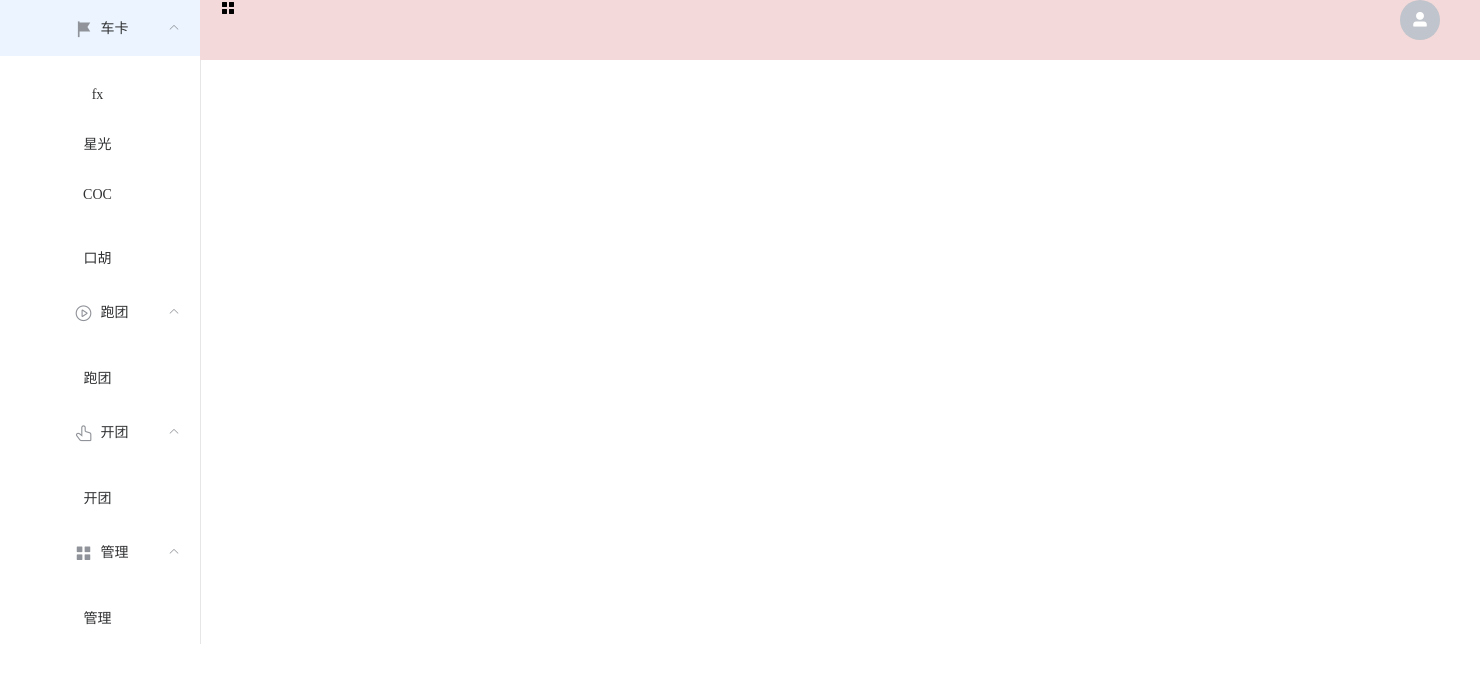
Repository: redlout/ptgkd
Page: /
These files come from the project's save history. The page is drawn as it stood at one moment and after the next save; the edit follows.
The browser window is 1280 px wide. The page is 1480 px wide, then 1280 px, so the pictures cover 1480 px, including what lies to the right of the window. The pictures show the whole page.
The project was rebuilt for these pictures with package versions that can differ from the ones it lists, and the page was loaded fresh each time. Also part of the build but not shown: src/mock/mock.js, src/views/Login.vue, src/components/SvgIcon/index.vue.

Above is the page before, as saved 2019-09-02 21:15:52.

### index.html
<!DOCTYPE html>
<html>
  <head>
    <meta charset="utf-8">
    <meta name="viewport" content="width=device-width,initial-scale=1.0">
    <title>ptgkd</title>
  </head>
  <body>
    <div id="app"></div>
    <!-- built files will be auto injected -->
  </body>
</html>

<style>
body{
  margin:0;
  padding:0;
}
</style>

### src/main.js
// import '@/styles/index.scss'
// import 'normalize.css/normalize.css'
import Vue from 'vue'
import App from './App'
import router from './router'

import ElementUI from 'element-ui'
import 'element-ui/lib/theme-chalk/index.css'
import api from './http/index'
import './icons'
import store from './store'

Vue.config.productionTip = false
Vue.use(ElementUI);
Vue.use(api);

// Vue.use(api)
/* eslint-disable no-new */
new Vue({
  el: '#app',
  router,
  store,
  render: h => h(App)
})

### src/router/index.js
import Vue from 'vue'
import Router from 'vue-router'
import HelloWorld from '@/views/HelloWorld'
import Login from '@/views/Login'

Vue.use(Router)

const router = new Router({
  routes: [
    {
      path: '/',
      name: 'HelloWorld',
      component: HelloWorld
    },
    {
      path: '/login',
      name: 'Login',
      component: Login
    }
  ]
})

export default router

### src/http/index.js
// 导入所有接口
import apis from './api'

const install = Vue => {
    if (install.installed)
        return;

    install.installed = true;

    Object.defineProperties(Vue.prototype, {
        // 注意，此处挂载在 Vue 原型的 $api 对象上
        $api: {
            get() {
                return apis
            }
        }
    })
}

export default install

### src/icons/index.js
import Vue from 'vue'
import SvgIcon from '@/components/SvgIcon'// svg component

// register globally
Vue.component('svg-icon', SvgIcon)

const req = require.context('./svg', false, /\.svg$/)
const requireAll = requireContext => requireContext.keys().map(requireContext)
requireAll(req)

### src/store/index.js
import Vue from 'vue'
import vuex from 'vuex'

Vue.use(vuex);
import collapse from './modules/collapse.js'
const store = new vuex.Store({
    modules: {
        collapseState: collapse,
        // menu: mymenu
        // 其他
    }
})

export default store

### src/views/HelloWorld.vue
<template>
<div class="container" >
  <el-container style="height: 100%;" direction="vertical">
    <AsideBar></AsideBar>
    <el-container>
      <HeadBar></HeadBar>
      <el-main></el-main>
    </el-container>
  </el-container>
</div>
</template>

<script>
import AsideBar from "../components/AsideBar/index";
import HeadBar from "../components/HeadBar/index";
export default {
  name: "HelloWorld",
  data() {
    return {
      isCollapse: false
    };
  },
  components: {
    AsideBar,
    HeadBar
  },
  methods: {
    logout: function() {
      var _this = this;
      this.$confirm("确认退出吗?", "提示", {
        type: "warning"
      }).then(() => {
        // sessionStorage.removeItem("user");
        this.$router.push("/login");
      });
    }
  }
};
</script>

<style scoped>
  .container {
    position:absolute;
    top: 0px;
    left: 0px;
    right: 0px;
    background: #4b5f6e;
  }
</style>

### src/http/api.js
import axios from './axios'

const login = data =>{
    return axios({
        url: '/login',
        method: 'post',
        data
    })
}

const logout = () =>{
    return axios({

    })
}

export default{
    login,
    logout
}

### src/store/modules/collapse.js
export default {
    state: {
        collapse:false  // 导航栏收缩状态
    },
    getters: {
        collapse(state){// 对应着上面state
            return collapse;
        }
    },
    mutations: {
        collapse(state){  // 改变收缩状态
            state.collapse = !state.collapse;
        }
    },
    actions: {

    }
}

### src/components/AsideBar/index.vue
<template>
  <el-aside width="initial" style="background-color: rgb(238, 241, 246) ">
    <el-menu
      :default-openeds="['1','2','3','4']"
      class="el-menu-vertical-demo"
      :collapse="$store.state.collapseState.collapse"
      @open="handleopen"
      @close="handleclose"
      @select="handleselect"
    >
      <el-submenu index="1">
        <template slot="title">
          <i class="el-icon-s-flag"></i>
          <span slot="title">车卡</span>
        </template>
        <el-menu-item-group>
          <el-menu-item index="1-1">fx</el-menu-item>
          <el-menu-item index="1-2">星光</el-menu-item>
          <el-menu-item index="1-3">COC</el-menu-item>
        </el-menu-item-group>
        <el-menu-item-group>
          <el-menu-item index="1-1">口胡</el-menu-item>
        </el-menu-item-group>
      </el-submenu>
      <el-submenu index="2">
        <template slot="title">
          <i class="el-icon-video-play"></i>
          <span slot="title">跑团</span>
        </template>
        <el-menu-item-group>
          <el-menu-item index="2-1">跑团</el-menu-item>
        </el-menu-item-group>
      </el-submenu>
      <el-submenu index="3">
        <template slot="title">
          <i class="el-icon-thumb"></i>
          <span slot="title">开团</span>
        </template>
        <el-menu-item-group>
          <el-menu-item index="3-1">开团</el-menu-item>
        </el-menu-item-group>
      </el-submenu>
      <el-submenu index="4">
        <template slot="title">
          <i class="el-icon-menu"></i>
          <span slot="title">管理</span>
        </template>
        <el-menu-item-group>
          <el-menu-item index="3-1">管理</el-menu-item>
        </el-menu-item-group>
      </el-submenu>
    </el-menu>
  </el-aside>
</template>


<script>
export default {
  name: "AsideBar",
  data() {
    return {
      isCollapse: false,
      logo: ""
    };
  },
  methods: {
    handleopen() {
      console.log("handleopen");
    },
    handleclose() {
      console.log("handleclose");
    },
    handleselect(a, b) {
      console.log("handleselect");
    }
  }
};
</script>

<style>
.el-aside {
  background-color: #d3dce6;
  color: #333;
  text-align: center;
  line-height: 10px;
  position: absolute;
}
  .el-menu-vertical-demo:not(.el-menu--collapse) {
    width: 200px;
    min-height: 400px;
  }

    .menu-bar-width {
    width: 200px;
  }
  .menu-bar-collapse-width {
    width: 65px;
  }
</style>

### src/components/HeadBar/index.vue
<template>
  <el-header :class="$store.state.collapseState.collapse?'menu-bar-collapse-width':'menu-bar-width'">
    <span @click="Oncollapse">
      <i class="el-icon-menu"></i>
    </span>

    <el-dropdown class="user-info-dropdown" trigger="hover">
      <el-avatar icon="el-icon-user-solid"></el-avatar>
      <el-dropdown-menu slot="dropdown">
        <el-dropdown-item>个人信息</el-dropdown-item>
        <el-dropdown-item>管理</el-dropdown-item>
        <el-dropdown-item divided @click="logout">登出</el-dropdown-item>
      </el-dropdown-menu>
    </el-dropdown>
  </el-header>
  <!-- <el-main></el-main> -->
</template>

<script>
export default {
  data(){
    return{
      isCollapse:false,
    };
  },
  methods:{
    Oncollapse: function(){
      this.$store.commit('collapse');
    }
  }
}
</script>

<style>
.el-header {
  position: absolute;
  background-color: rgb(243, 217, 217);
  /* left: 200px;
  right: 0px;
  height: 60px;
  line-height: 60px; */
  width: 100%
}
  .collapse-switcher {
    width: 40px;
    float: left;
    cursor: pointer;
    border-color: rgba(111, 123, 131, 0.8);
    border-left-width: 1px;
    border-left-style: solid;
    border-right-width: 1px;
    border-right-style: solid;
    color: white;
    background: #504e6180;
  }
    .menu-bar-width{
    left: 200px;
  }
    .menu-bar-collapse-width{
    left: 65px;
  }

      .user-info-dropdown {
      font-size: 20px;
      padding-right: 20px;
      color: #fff;
      cursor: pointer;
      float: right;
    }
</style>

### src/http/axios.js
import axios from 'axios';
import qs from 'qs';
import Cookies from "js-cookie";
import router from "@/router"

export default function $axios(options){
    return new Promise((resolve, reject) => {
      console.log(options)
        const instance = axios.create({
            baseURL: 'http://localhost:8080/',
            headers: {'Content-Type': 'application/json;charset=UTF-8'},
            timeout: '10000',
            transformResponse: [function (data){
            }]
        })
        // request 拦截器
        instance.interceptors.request.use(function(config){
                let token = Cookies.get('token')
                console.log(config)
                if(1){
                    config.headers.accessToken = 111
                }else{
                    //重定向到登陆页面
                    router.push('/login')
                }
                if(config.method === 'post'){
                    if(config.data.__proto__ === FormData.prototype
                        || config.url.endsWith('path')
                        || config.url.endsWith('mark')
                        || config.url.endsWith('patchs')
                        ){
                        }else{
                          config.data = qs.stringify(config.data)
                          console.log(config.data)
                        }
                    }
                    return config
                },
                function (error) {
                // 请求超时
                console.log('request:', error)
                if(error.code === 'ECONNABORTED' && error.message.indexOf('timeout') !== -1){
                    console.log('timeout 请求超时')
                }
                // 重定向到错误页面
                const errorInfo = error.response
                console.log(errorInfo)
                if(errorInfo){
                    error = errorInfo.data
                    const errorStatus = errorInfo.statue; // 404 403 500 ...
                    router.push({
                        path:  `/error/${errorStatus}`
                    })
                }
                return Promise.reject(error)
            }
        )
        console.log(11111111111111)
        instance.interceptors.response.use(function(response){
                let data;
                if(response.data == undefined){
                  data = JSON.parse(response.request.responseText)
                }else{
                    data = response.data
                }

                //根据返回的code 来进行不同的处理
                switch(data.rc){
                    case 1:
                        console.log(data.desc)
                        break;
                    case 0:
                        store.commit('changeState')
                    default:

                }
                return data
            },
            function(err){
              console.log(999999)
                if (err && err.response) {
                    switch (err.response.status) {
                      case 400:
                        err.message = '请求错误'
                        break
                      case 401:
                        err.message = '未授权，请登录'
                        break
                      case 403:
                        err.message = '拒绝访问'
                        break
                      case 404:
                        err.message = `请求地址出错: ${err.response.config.url}`
                        break
                      case 408:
                        err.message = '请求超时'
                        break
                      case 500:
                        err.message = '服务器内部错误'
                        break
                      case 501:
                        err.message = '服务未实现'
                        break
                      case 502:
                        err.message = '网关错误'
                        break
                      case 503:
                        err.message = '服务不可用'
                        break
                      case 504:
                        err.message = '网关超时'
                        break
                      case 505:
                        err.message = 'HTTP版本不受支持'
                        break
                      default:
                    }
                  }
                  console.error(err)
                  return Promise.reject(err)
            }
        )
        //请求处理
        instance(options).then(res => {
          console.log(2222222)
            resolve(res)
            return false
        }).catch(error => {
          console.log(33333)
            reject(error)
        })
        console.log(4444)
    })
}

Loaded but not shown: src/App.vue (common file)

After the next save:
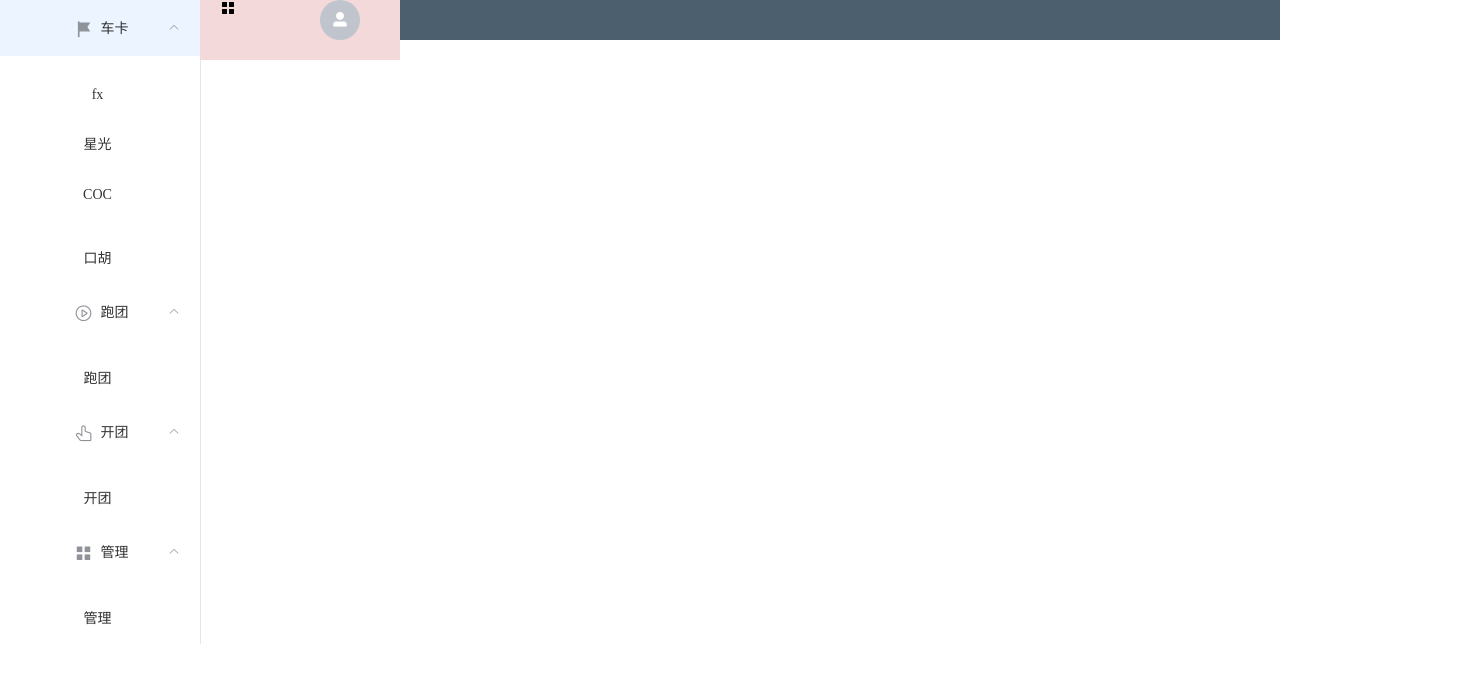
Saved 19 s later.
--- a/src/components/HeadBar/index.vue
+++ b/src/components/HeadBar/index.vue
@@ -39,7 +39,7 @@ export default {
   right: 0px;
   height: 60px;
   line-height: 60px; */
-  width: 100%
+  /* width: 100% */
 }
   .collapse-switcher {
     width: 40px;
